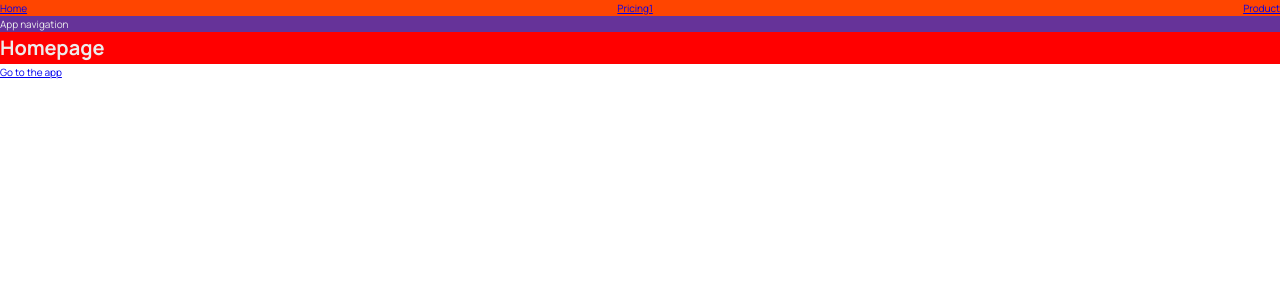
Repository: echoyol/worldwise
Page: /
The author's editor kept a copy of each file at every save. The page is drawn from the files as they stood at one save, then again after the next save.
The browser window is 1280 px wide. The pictures show the whole page.
Some web libraries are served in a nearby version. The project was rebuilt for these pictures with package versions that can differ from the ones it lists, and the page was loaded fresh each time. Also part of the build but not shown: vite.config.js, src/pages/Product.jsx, src/pages/PageNotFound.jsx, src/pages/Pricing.jsx, src/pages/AppLayout.jsx.

Above is the page before, as saved 2023-07-16 11:39:56.

After the next save:
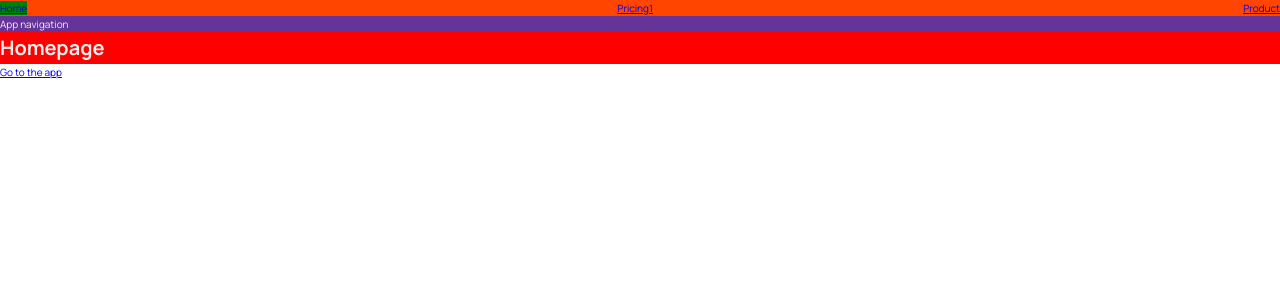
Saved 103 s later.
--- a/src/components/PageNav.module.css
+++ b/src/components/PageNav.module.css
@@ -8,6 +8,9 @@
   justify-content: space-between;
 }
 
+.nav :global(.active) {
+  background-color: green;
+}
 :global(.test) {
   background-color: red;
 }
